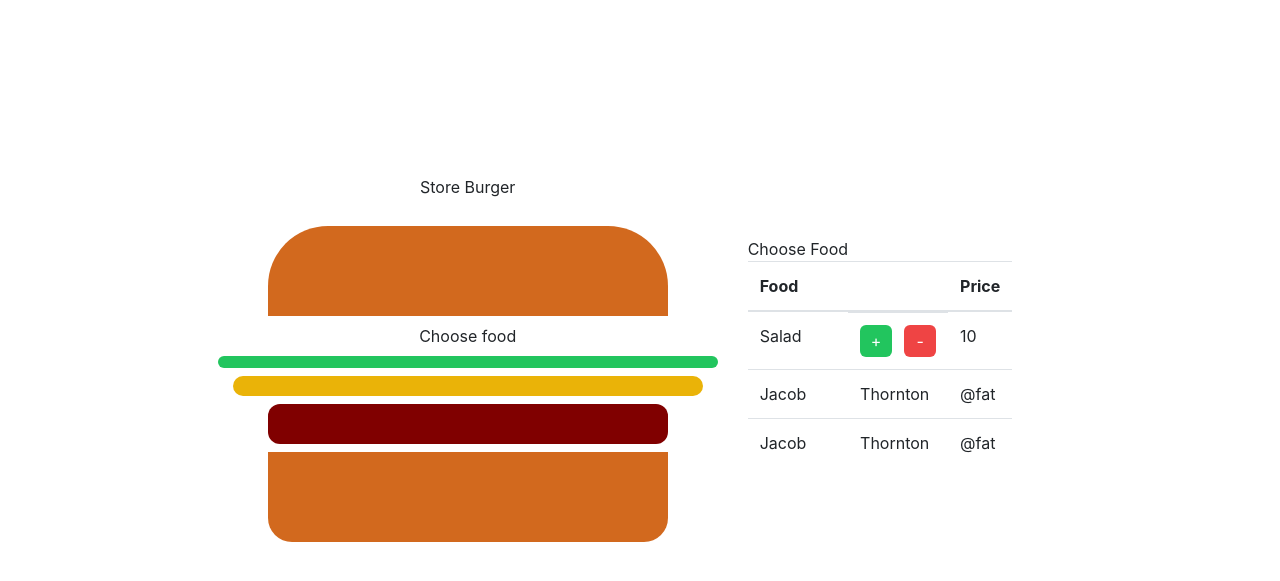
Repository: baobaodeveloper/bootcamp21_HuynhAnhBao_Burger
Page: /
An editor plug-in stored every save of this project. The page is shown before and after the next save, followed by the edit.
The browser window is 1280 px wide. The pictures show the whole page.
The project was rebuilt for these pictures with package versions that can differ from the ones it lists, and the page was loaded fresh each time. Also part of the build but not shown: vite.config.js.

Above is the page before, as saved 2022-05-15 17:17:54.

After the next save:
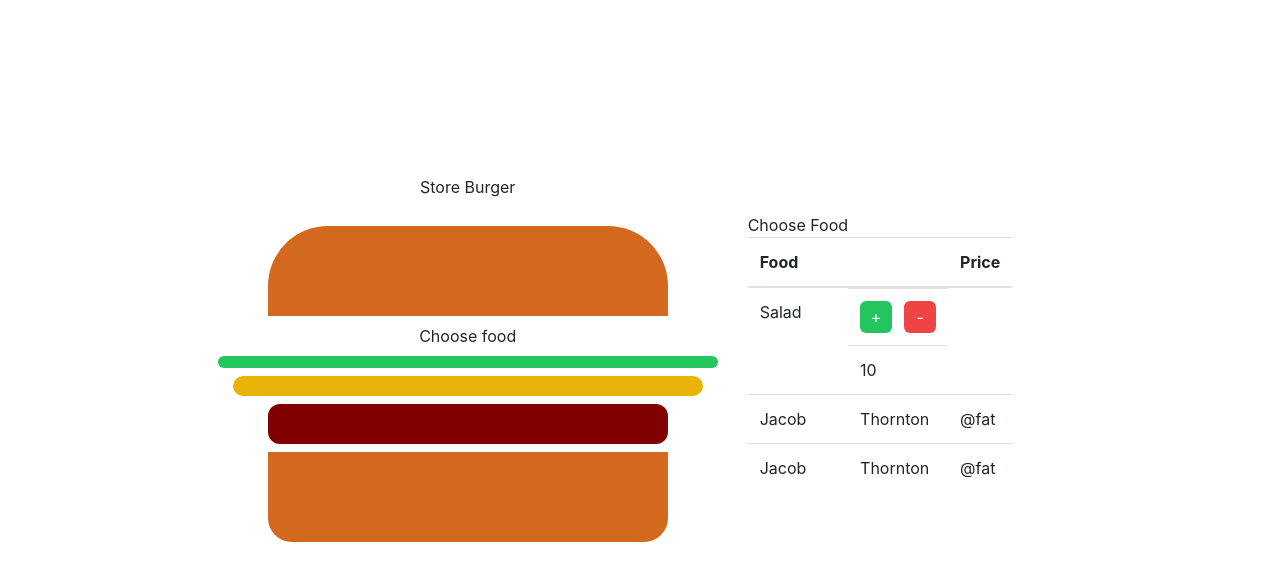
Saved 23 s later.
--- a/src/components/Burger.jsx
+++ b/src/components/Burger.jsx
@@ -39,7 +39,7 @@
                     -
                   </button>
                 </td>
-                <td>10</td>
+                <td className="flex">10</td>
               </tr>
               <tr>
                 <td>Jacob</td>

After the save that followed:
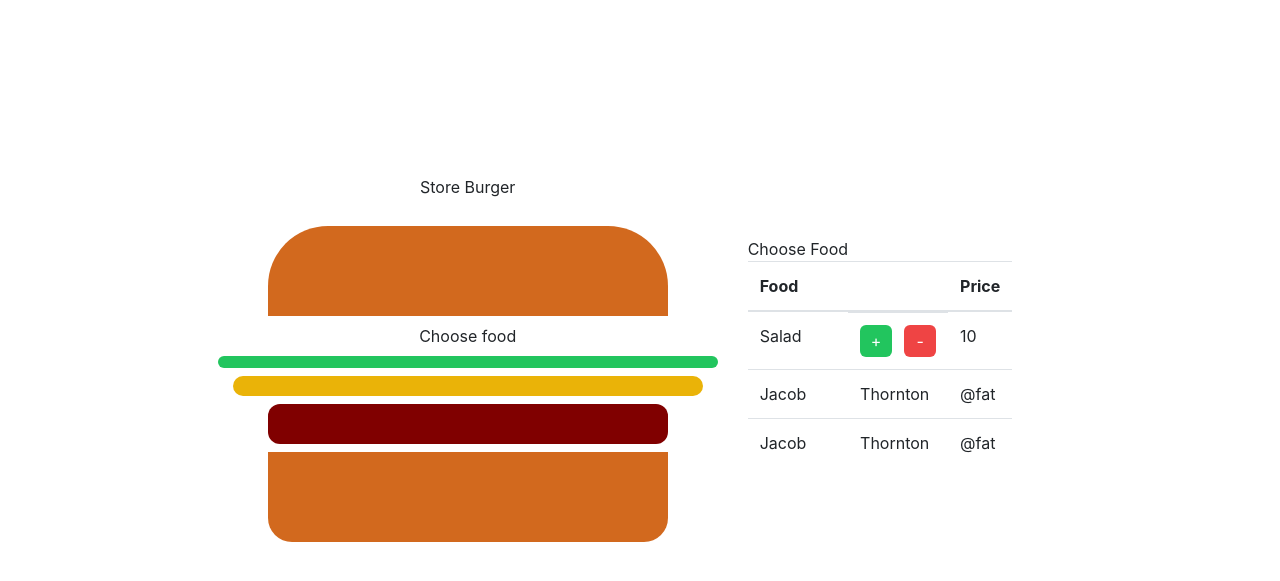
Saved 21 s later.
--- a/src/components/Burger.jsx
+++ b/src/components/Burger.jsx
@@ -39,7 +39,7 @@
                     -
                   </button>
                 </td>
-                <td className="flex">10</td>
+                <td>10</td>
               </tr>
               <tr>
                 <td>Jacob</td>
